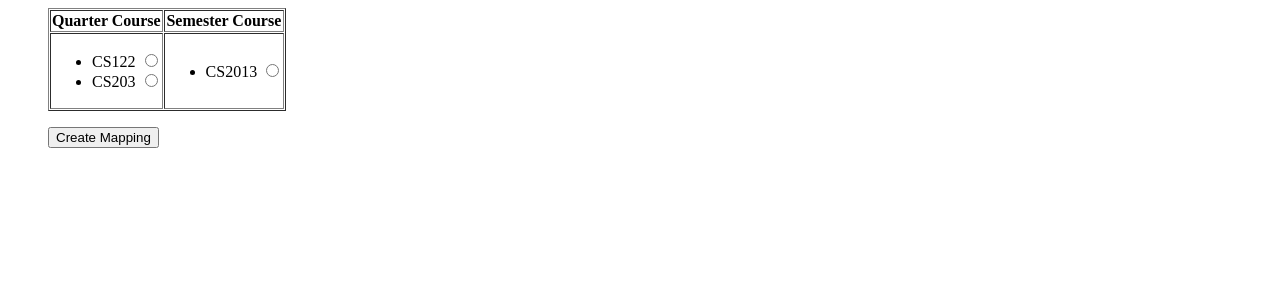
Repository: parthp2/CS3220_Spring_2017
Page: http://localhost/Final/CreateMapping
These files come from the project's save history. The page is drawn as it stood at one moment and after the next save; the edit follows.
The browser window is 1280 px wide. The pictures show the whole page.
The page is served by Tomcat 9.

Above is the page before, as saved 2017-05-18 03:49:07.

After the next save:
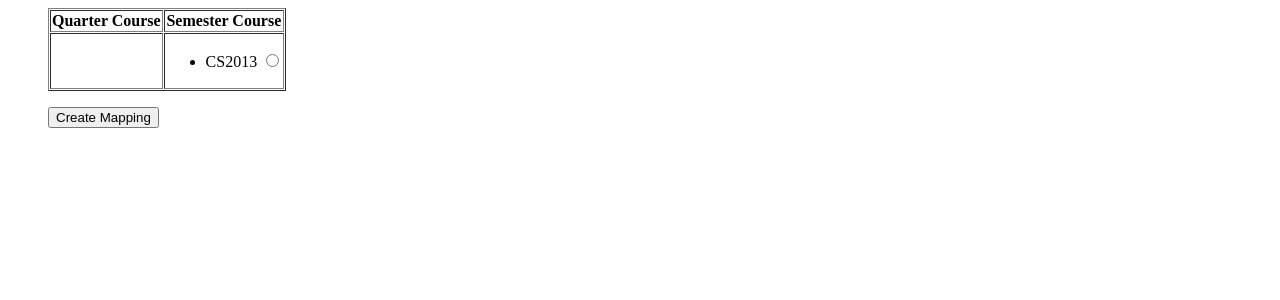
Saved 3 min 4 s later.
--- a/Final/WebContent/WEB-INF/CreateMapping.jsp
+++ b/Final/WebContent/WEB-INF/CreateMapping.jsp
@@ -21,8 +21,16 @@
 		<tr>
 			<td>
 			<ul>
-				<li>CS122 <input name="quarter" type="radio" /></li>
-				<li>CS203 <input name="quarter" type="radio" /></li>
+				<c:forEach items="${Courses}" var="loop">
+
+				<c:if test="${loop.term eq 'Semester'}">
+
+				<li>${loop.cname } <input name="quarter" type="radio" /></li>
+
+				</c:if>
+
+			   </c:forEach>
+
 			</ul>
 			</td>
 			<td>
